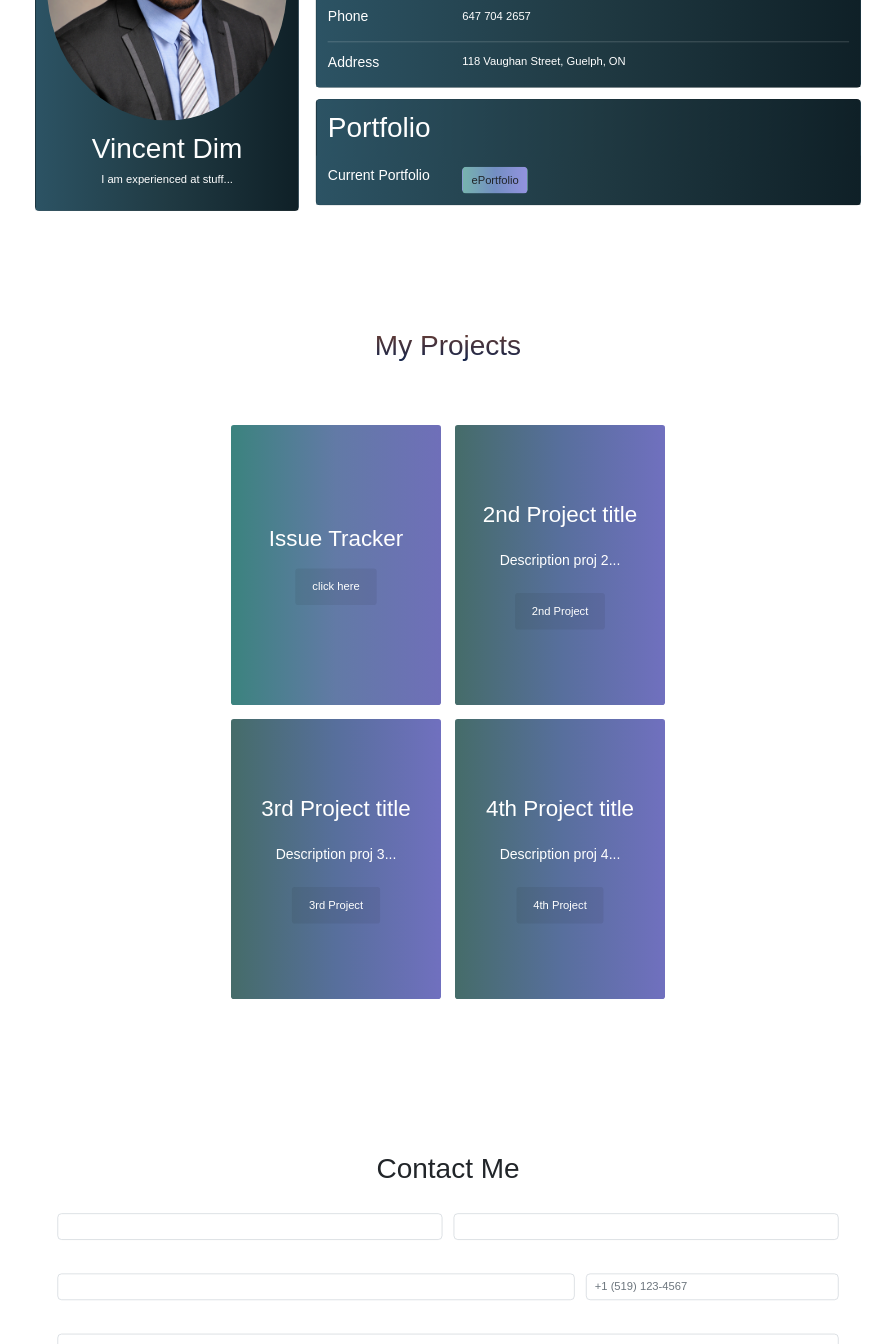
Repository: dvynchi/profile-2022
Page: index.html
These files come from the project's save history. The page is drawn as it stood at one moment and after the next save; the edit follows.
The browser window is 1280 px wide. The pictures show the part of the page from y = 395 to 2315 px (the page is 2625 px tall before and 2641 px after), at 70% of full size.
Some web libraries are served in a nearby version.

Above is the page before, as saved 2022-08-23 13:54:17.

### index.html
<!DOCTYPE html>
<html lang="en">
<head>
    <meta charset="UTF-8">
    <meta http-equiv="X-UA-Compatible" content="IE=edge">
    <meta name="viewport" content="width=device-width, initial-scale=1.0">
    <title>Vincent Dim</title>
    <!-- embed remote icon library -->
    <script src="https://kit.fontawesome.com/f634dfbd28.js" crossorigin="anonymous"></script>
    <link rel="stylesheet" href="styles.css">
    <!-- embed remote style sheet - bootstrap -->
    <link rel="stylesheet" href="https://cdn.jsdelivr.net/npm/bootstrap@5.2.0/dist/css/bootstrap.min.css" rel="stylesheet" integrity="sha384-gH2yIJqKdNHPEq0n4Mqa/HGKIhSkIHeL5AyhkYV8i59U5AR6csBvApHHNl/vI1Bx" crossorigin="anonymous">
</head>

<body>

    <!-- Navbar Section -->

    <nav class="nav">
        <div class="navbar_container">
            <a href="#about" id="navbar_logo"><i class="fa fa-home fa" aria-hidden="true"></i></a>  <!--<a> is used to create hyperlink named color-->

                <!--create hamburger menu (3 bars)-->
            <div class="navbar_toggle" id="mobile-menu">
                <span class="bar"></span>
                <span class="bar"></span>
                <span class="bar"></span>
            </div>

            <!--CREATE NAV MENU-->
            <ul class="navbar_menu">
                <li class="navbar_item">
                    <a href="#about" class="navbar_links" id="about-page">About</a>
                </li>
                <li class="navbar_item">
                    <a href="#projects" class="navbar_links" id="projects-page">Projects</a>
                </li>
                <li class="navbar_item">
                    <a href="#contact" class="navbar_links" id="contact-page">Contact Me</a>
                </li>
            </ul>

            <!-- GitHub and Linkedin -->
            <ul class="icons">
                <li><a href="https://github.com/dvynchi/" class="github-icon"><span class="fa-brands fa-github"></span></a></li>
                <li><a href="https://www.linkedin.com/in/vincentdim/" class="linkedin-icon"><span class="fa-brands fa-linkedin-in"></span></a></li>
            </ul>
        </div>
    </nav>

    <!-- ABOUT and SIDEBAR -->
    <div class="main" id="about">
        <div class="main_container">
             <!-- SIDE BAR SECTION -->
             <div class="row">
                <div class="col-md-4 mt-1">
                    <div class="card text-center sidebar">
                        <div class="card-body">
                            <img src="./images/profile-pic-crop.png" class="rounded-circle" width="315" alt="profile picture">
                            <div class="mt-3">
                                <h3>Vincent Dim</h3>
                                <!-- <h2>Web Developer</h2> -->
                                <p>I am experienced at stuff...</p>
                            </div>
                        </div>
                    </div>
                </div>
                <!-- ABOUT SECTION -->
                <div class="col-md-8 mt-1">
                    <div class="card mb-3 content">
                        <h1 class="m-3 pt-3">About</h1>
                        <div class="card-body">
                            <div class="row">
                                <div class="col-md-3"><h5>Name</h5></div>
                                <div class="col-md-9"> Vincent Dim </div>
                            </div>
                            <hr> <!-- line break -->

                            <div class="row">
                                <div class="col-md-3"><h5>Email</h5></div>
                                <div class="col-md-9"> dvynchi@gmail.com</div>
                            </div>
                            <hr> <!-- line break -->

                            <div class="row">
                                <div class="col-md-3"><h5>Phone</h5></div>
                                <div class="col-md-9">647 704 2657</div>
                            </div>
                            <hr> <!-- line break -->

                            <div class="row">
                                <div class="col-md-3"><h5>Address</h5></div>
                                <div class="col-md-9">118 Vaughan Street, Guelph, ON</div>
                            </div>
                        </div>
                    </div>

                    <div class="card mb-3 content">
                        <h1 class="m-3">Portfolio</h1>
                        <div class="card-body">
                            <div class="row">
                                <div class="col-md-3">
                                    <h5>Current Portfolio</h5>
                                </div>
                                <div class="col-md-9">
                                    <a class="btn" href="https://drive.google.com/file/d/1sKFhM-arx19VCDvBgE4qauaddv_2z7kX/view?usp=sharing" role="button">ePortfolio</a>
                                </div>
                            </div>
                        </div>
                    </div>
                </div>
            </div>
        </div>
    </div>


    <!-- PROJECTS SECTION (use image tag in place of p to insert an image)-->

    <div class="projects" id="projects">
        <h1>My Projects</h1>
        <div class="projects_wrapper">

            <div class="projects_card">
                <h2>Issue Tracker</h2>
                <!-- <p>Description proj 1...</p> -->
                <div class="projects_btn"><button onclick="location.href='https://dvynchi.github.io/issue-tracker/'" type="button">click here</button></div>
            </div>
            <!-- ------------------------- -->
            <div class="projects_card">
                <h2>2nd Project title</h2>
                <p>Description proj 2...</p>
                <div class="projects_btn"><button>2nd Project</button></div>
            </div>
            <!-- ------------------------- -->
            <div class="projects_card">
                <h2>3rd Project title</h2>
                <p>Description proj 3...</p>
                <div class="projects_btn"><button>3rd Project</button></div>
            </div>
            <!-- ------------------------- -->
            <div class="projects_card">
                <h2>4th Project title</h2>
                <p>Description proj 4...</p>
                <div class="projects_btn"><button>4th Project</button></div>
            </div>
        </div>
    </div>

    <!-- CONTACT SECTION (use image tag in place of p to insert an image)-->

    <div class="main" id="contact">
        <div class="main_container">
            <div class="main_content">
                <div class="container mt-5">
                    <h1>Contact Me</h1>
                    <!-- ----------- start grid (divide one row into cols)  Max container width is 12----------->
                    <!-- ----------- cols 1 + 2 = 100% , cols 3 + 4 = 100% ------->
                    <!-- ----------- 'required' ensures field must be filled --------->
                    <form class="row g-3" action="https://formsubmit.co/dvynchi@gmail.com" id="my_form"   method="POST">

                        <!-- Honeypot -->
                        <input type="text" name="_honey" style="display: none">
                        <!-- Success Page -->
                        <input type="hidden" name="_next" value="https://dvynchi.github.io/profile-2022/success.html">

                        <!-----------col1--medium column of 50% (ie: 6/12)--------->
                        <div class="col-md-6">
                            <label for="firstName" class="form-label">First Name</label>
                            <input type="text" class="form-control"  name="name" id="firstName" required>
                        </div>
                        <!---------------------col2 (ie: 6/12) ------------------------------>
                        <div class="col-md-6">
                            <label for="lastName" class="form-label">Last Name</label>
                            <input type="text" class="form-control" name="Last Name" id="lastName" required>
                        </div>
                        <!-- ---------------------- col3 wider (8/12) ----------------->
                        <div class="col-md-8">
                            <label for="emailInfo" class="form-label">Email</label>
                            <input type="email" class="form-control" name="email" id="emailInfo" required>
                        </div>
                        <!-- ---------------------- col4 wider (4/12) ----------------->
                        <div class="col-md-4">
                            <label for="phoneNumber" class="form-label">Phone</label>
                            <input type="text" class="form-control" name="phone" id="phoneNumber" placeholder="+1 (519) 123-4567">
                        </div>
                        <!-- -------- comments box is full width of the container ------>
                        <div class="col-md-12">
                            <label for="message" class="form-label">Message</label>
                            <textarea class="form-control" id="message" name="message" rows="3" required></textarea>
                        </div>
                        <!-- -------- Button ------>
                        <div class="col-md-12">
                            <!-- <button class="submit" id="btn btn-primary">Submit</button> -->
                            <!-- Had to use <a> so hover effect won't cover text. BUT THE FORM DOESN'T CLEAR-->
                            <button class="submit" id="btn btn-primary"><a> Submit</a></button>
                        </div>

                    </form>
                </div>
            </div>
        </div>
    </div>

    <!-- link app.js -->
    <!-- script tag is used to embed javascript-->
    <script src="app.js"></script>
</body>
</html>

### styles.css
* {
    box-sizing: border-box;
    margin: 0;
    padding: 0;
    font-family: 'Kumbh Sans', sans-serif;
    scroll-behavior: smooth;
}


/******************************************* NAV SECTION ***********************************************/
.nav {
    background: #131313;   /* Hex code */
    height: 80px;
    display: flex;
    justify-content: center;
    align-items: center;
    font-size: 1.4rem;        /* 1.4 * 16px */
    position: sticky;
    top: 0;
    z-index: 999;             /* so navbar is always on top when scrolling */
}

.navbar_container {
    display: flex;
    justify-content: space-between;
    text-align: center;
    height: 80px;
    z-index: 1;
    width: 100%;
    max-width: 1300px;
    margin: 0 auto ;           /* (top and bottom) (left and right) */
    padding: 0 50px;
}


/* id(#) is used to style only one element on the webpage */
/* class(.) is used to style multiple elements */


/* I added an icon as opposed to text */

#navbar_logo {
    margin: 10px;
    height: 60px;
    width: 60px;
    border-radius: 2px;
    display: flex;
    flex-direction: column;
    justify-content: center;
    color: #fff;
    background-image: linear-gradient(to right, #03324e 0%, #0e2d3e 100%);
}

.navbar_menu {
    display: flex;
    align-items: center;
    list-style: none;
}

.navbar_item {
    height: 80px;
}

.navbar_links {
    color: #fff;
    display: flex;
    align-items: center;
    justify-content: center;
    width: 125px;
    text-decoration: none;
    height: 100%;
    transition: all 0.3s ease;
}

/*Home icon properties*/
.navbar_btn {
    display: flex;
    justify-content: center;
    align-items: center;
    padding: 0 1rem;                         /* top bottom, left right */
    width: 100%;
}

/* nav links glow upon hover */
.navbar_links:hover {
    color:#1176b9;
    transition: all 0.3s ease;
}

/* RESPONSIVENESS */
/* site adjusts width of display */
/* If [device width] is less than or equal to max-width do {..} */

@media screen and (max-width: 960px) {
    .navbar_container {
        display: flex;
        justify-content: space-between;
        height: 80px;
        z-index: 1;
        width: 100%;
        max-width: 1300px;
        padding: 0;
    }

    /* DROPDOWN PROPERTIES */
    .navbar_menu {
        display: grid;
        grid-template-columns: auto;
        margin: 0;
        width: 100%;
        position: absolute;
        top: -1000px;               /* Prevents navbar from clustering together if page is below max-width. Must be used with position absolute */
        opacity: 1;
        transition: all 0.5s ease;
        z-index: -1;
    }

    .navbar_menu.active {
        background: #131313;
        top: 100%;
        opacity: 1;
        transition: all 0.5s ease;
        z-index: 99;
        height: 40vh;
        font-size: 1.6rem;
    }

    #navbar_logo {
        padding-left: 1px;       /* home button - originally 25px */
    }

    /* HAMBURGER SECTION */

    .navbar_toggle .bar {
        width: 25px;
        height: 3px;
        margin: 5px auto;
        transition: all 0.3s ease-in-out;
        background: #fff;
    }

    .navbar_item {
        width: 100%;
    }

    .navbar_links {
        text-align: center;
        padding: 2rem;
        width: 100%;
        display: table;
    }

    .navbar_btn  {
        padding-bottom: 2rem;
    }

    /* HAMBURGER */

    #mobile-menu  {
        position: absolute;
        top: 20%;
        right: 5%;
        transform: translate(5%, 20%);
    }

    .navbar_toggle .bar {
        display: block;
        cursor: pointer;
    }

    /* hamburger menu animation (see app.js) */
    /* hamburger menu id was defined as 'mobile-menu' in index.html */
    /* rotate bars 1,3; but hide bar 2 */

    #mobile-menu.is-active .bar:nth-child(2)  {
        opacity: 0;
    }
    #mobile-menu.is-active .bar:nth-child(1) {
        transform: translateY(8px) rotate(45deg);
    }
    #mobile-menu.is-active .bar:nth-child(3) {
        transform: translateY(-8px) rotate(-45deg);
    }

}


/* SCROLL ATTRIBUTE - line under nav links*/
.highlight {
    border-bottom: 4px solid rgb(0, 162, 255);
}


/******************************************* SIDEBAR ***********************************************/

.card-body {
    background: #0F2027;
    background: -webkit-linear-gradient(to right, #2C5364, #203A43, #0F2027);
    background: linear-gradient(to right, #2C5364, #203A43, #0F2027);
    height: 100%;
}

.card-body h2, .card-body h3, .card-body p {
    color: #fff;
}

/******************************************* ABOUT SECTION ***********************************************/

.main {
    background-color:  white;
    padding: 5rem 0;                        /* was 10rem, but too much space */
}

.main_container {
    display: grid;
    grid-template-columns: 1fr;      /*original was 1fr 1fr - split into two halves but not enough space */
    align-items: center;
    justify-content: center;
    margin: 0 auto;
    height: 90%;
    z-index: 1;
    width: 100%;
    max-width: 1300px;
    padding: 0 50px;
}

.main_container h3 {
    font-size: 2.5rem;
}

.row {
    color: #fff;
}

.card {
    background: -webkit-linear-gradient(to right, #2C5364, #203A43, #0F2027);
    background: linear-gradient(to right, #2C5364, #203A43, #0F2027);
}


/* Mobile Responsiveness for Sidebar, About and Contact Sections */

@media screen and (max-width: 1300px) {
    main_container
    {
        display: grid;
        grid-template-columns: 1fr;
        align-items: center;
        justify-content: center;
        width: 100%;
        margin: 0 auto;
        height: 90%;
    }

    .main_content  {
        text-align: center;
        margin-bottom: 4rem;
    }

    .main_content h1  {
        font-size: 2.5rem;
        margin-top: 2rem;
    }

    .main_content h2  {
        font-size: 2.5rem;
    }

    .main_content p  {
        font-size: 1rem;
        margin-top: 1.5rem;
    }

    .row img {                                       /* center image with screen change */
        display: grid;
        grid-template-columns: 1fr;
        align-items: center;
        justify-content: center;
        width: 100%;
        margin: 0 auto;
        height: 90%;

    }
}


/******************************************* PROJECTS SECTION ***********************************************/

.projects {
    background: white;
    display: flex;
    flex-direction: column;
    justify-content: center;
    align-items: center;
    height: 100%;
    padding: 5rem 0;                                 /* was 10rem, but too much space */
  }

.projects h1 {
    background-color: #6325a1;
    background-image: linear-gradient(to top, #10234c 0%, #724030 100%);
    background-size: 100%;
    -webkit-background-clip: text;
    -moz-background-clip: text;
    -webkit-text-fill-color: transparent;
    -moz-text-fill-color: transparent;
    margin-bottom: 5rem;
    font-size: 2.5rem;
}

.projects_wrapper {
    display: grid;
    grid-template-columns: 1fr 1fr;     /* add more per new project */
    grid-template-rows: 1fr;
}

/* Add color to each project card */

.projects_card {
    margin: 10px;
    height: 400px;
    width: 300px;
    border-radius: 4px;
    display: flex;
    flex-direction: column;
    justify-content: center;
    color: #fff;
    background-image: linear-gradient(to right,#3b837e, #627aa6, #6f6fb9);
    transition: 0.3s ease-in;
}

.projects_card:nth-child(2) {
    background: #7F7FD5;  /* fallback for old browsers */
    background: -webkit-linear-gradient(to right, #3b837e, #627aa6, #6f6fb9);
    background: linear-gradient(to right, #456c69, #576f9c, #7070bf);
}

.projects_card:nth-child(3) {
    background: #7F7FD5;  /* fallback for old browsers */
    background: -webkit-linear-gradient(to right, #3b837e, #627aa6, #6f6fb9);
    background: linear-gradient(to right, #456c69, #576f9c, #7070bf);
}

.projects_card:nth-child(4) {
    background: #7F7FD5;
    background: -webkit-linear-gradient(to right, #3b837e, #627aa6, #6f6fb9);
    background: linear-gradient(to right, #456c69, #576f9c, #7070bf);
}

.projects_card:nth-child(5) {
    background: #7F7FD5;
    background: -webkit-linear-gradient(to right, #3b837e, #627aa6, #6f6fb9);
    background: linear-gradient(to right, #456c69, #576f9c, #7070bf);
}

.projects_card:nth-child(6) {
    background: #7F7FD5;
    background: -webkit-linear-gradient(to right, #3b837e, #627aa6, #6f6fb9);
    background: linear-gradient(to right, #456c69, #576f9c, #7070bf);
}

.projects_card h2 {
    text-align: center;
}

.projects_card h3 {
    text-align: center;
}

.projects_card p {
    text-align: center;
    margin-top: 24px;
    font-size: 20px;
}

.projects_btn {
    display: flex;
    justify-content: center;
    margin-top: 16px;
}

/* button properties and animation. The entire card is the button */

.projects_card button {
    color: #fff;
    padding: 14px 24px;
    border: none;
    outline: none;
    border-radius: 4px;
    background: #13131313;
    font-size: 1rem;
}

.projects_card button:hover {
    cursor: pointer;
}

.projects_card:hover {
    transform: scale(1.075);
    transition: 0.3s ease-in;
    cursor: pointer;
}

/* split cards into grid at specified browser width */

@media screen and (max-width: 1300px) {
    .projects_wrapper {
        grid-template-columns: 1fr 1fr;
    }
}

@media screen and (max-width: 768px) {
    .projects_wrapper {
        grid-template-columns: 1fr;
    }
}

/******************************************* CONTACT SECTION ***********************************************/


.main_content {
    text-align: center;
    margin-bottom: 4rem;
}

.main_content h1 {
    font-size: 2.5rem;
    margin-top: 2rem;
}

.main_content h2 {
    font-size: 2.5rem;
}

.main_content p {
    font-size: 1rem;
    margin-top: 1.5rem;
}


.submit {
    font-size: 1.5rem;
    background: #7F7FD5;
    background: -webkit-linear-gradient(to right, #3b837e, #627aa6, #6f6fb9);
    background: linear-gradient(to right, #456c69, #576f9c, #7070bf);
    padding: 5px 15px;
    border: none;
    outline: none;
    border-radius: 4px;
    margin-top: 2rem;
    cursor: pointer;
    position: relative;
    color: rgb(234, 216, 216);
    transition: all 0.3s ease;
    outline: none;
}

.submit a {
    position: relative;
    z-index: 2;
    color: #fff;
    text-decoration: none;
}

/* hover effect for button */
.submit::after {
    position: absolute;
    content: '';
    top: 0;
    left: 0;
    width: 0;
    height: 100%;
    background: #740274;
    transition: all 0.35s;
    border-radius: 4px;
}

.submit:hover {
    color: rgb(255, 255, 255);
}

.submit:hover:after {
    width: 100%;
}

/* ePortfolio button */

.btn {
    font-size: 10rem;
    background: #7F7FD5;
    background: -webkit-linear-gradient(to right, #75cec8, #91acdc, #8c8cdb);
    background: linear-gradient(to right, #77b3ae, #738fc3, #9393df);
    padding: 5px 15px;
    border: none;
    outline: none;
    border-radius: 4px;
    cursor: pointer;
    position: relative;
    color: rgb(234, 216, 216);
    transition: all 0.3s ease-in;
}

### app.js
const ham = document.querySelector('#mobile-menu');
const hamLinks = document.querySelector('.navbar_menu');
// const navLogo = document.querySelector('#navbar_logo')

/* display mobile menu using arrow function */
/* toggle the "is-active" class made in css */

const mobileMenu = () =>
{
    ham.classList.toggle('is-active');
    hamLinks.classList.toggle('active');
};

/* Run hamMenu function upon click */
ham.addEventListener('click', mobileMenu);




/************************************* Unnecessary ****************************************************** */


/* Show active menu when scrolling - Auto switch navbar when scrolling */

const highlightMenu = () =>
{
    const elem = document.querySelector('.highlight')
    const aboutMenu = document.querySelector('#about-page')
    const projectsMenu = document.querySelector('#projects-page')
    const contactMenu = document.querySelector('#contact-page')

    let scrollPos = window.scrollY

      //   Add highlights class to menu items [desktop view only i.e 960px]
      //   Every 600px while scrolling, the tabs auto switch to the corresponding page
    if (window.innerWidth > 960 && scrollPos < 600)
    {
        aboutMenu.classList.add('highlight')
        projectsMenu.classList.remove('highlight')
        return;
    }
    else if (window.innerWidth > 960 && scrollPos < 1400)
    {
        projectsMenu.classList.add('highlight')
        aboutMenu.classList.remove('highlight')
        contactMenu.classList.remove('highlight')
        return;
    }
    else if (window.innerWidth > 960 && scrollPos < 2345)
    {
        contactMenu.classList.add('highlight')
        projectsMenu.classList.remove('highlight')
        return;
    }

    if ((elem && window.innerWidth < 960 && scrollPos < 600) || elem)
    {
        elem.classList.remove('highlight')
    }

}

// call highlightMenu
window.addEventListener('scroll', highlightMenu);
window.addEventListener('click', highlightMenu);

After the next save:
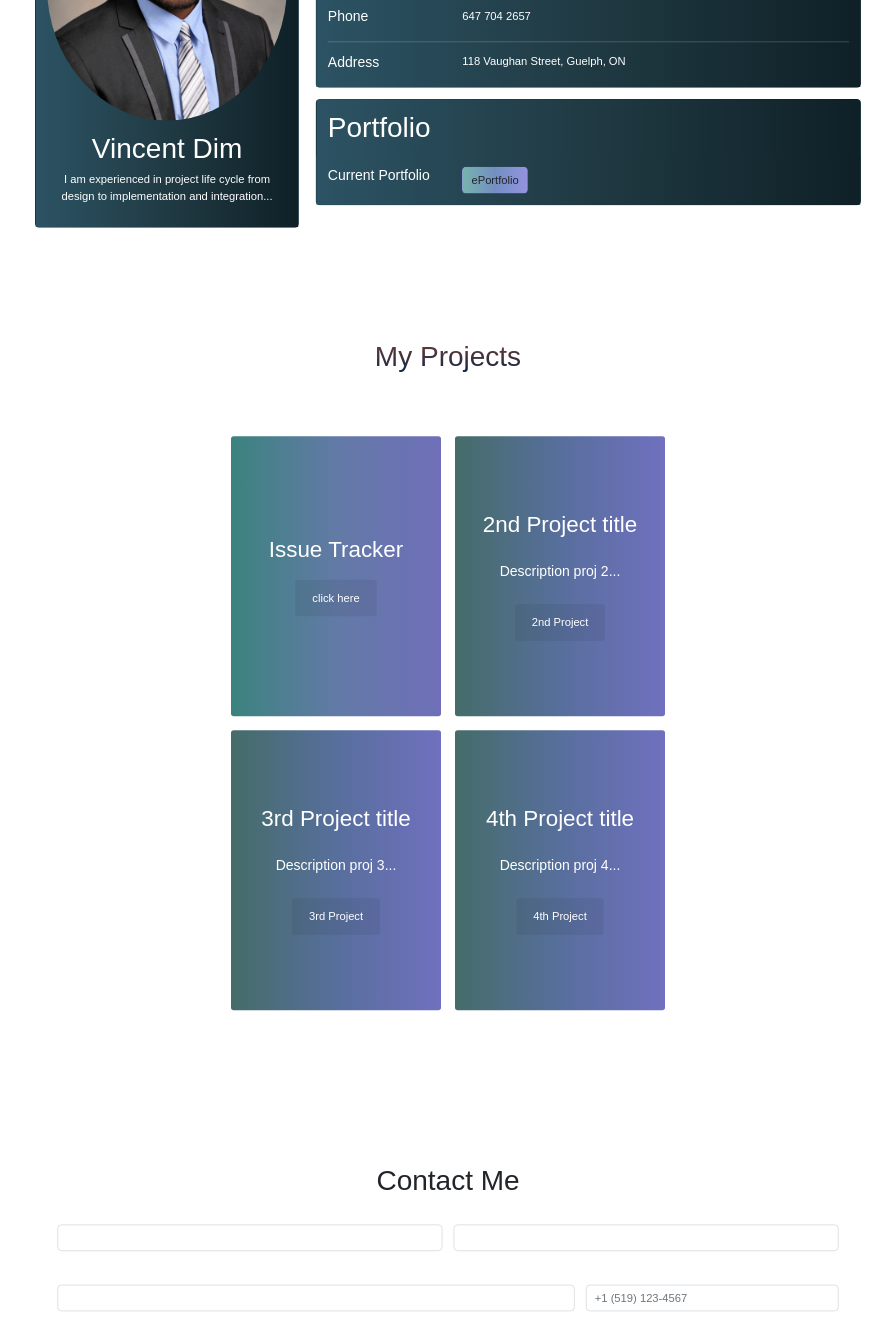
Saved 23 min 36 s later.
--- a/index.html
+++ b/index.html
@@ -60,7 +60,7 @@
                             <div class="mt-3">
                                 <h3>Vincent Dim</h3>
                                 <!-- <h2>Web Developer</h2> -->
-                                <p>I am experienced at stuff...</p>
+                                <p>I am experienced in project life cycle from design to implementation and integration...</p>
                             </div>
                         </div>
                     </div>
